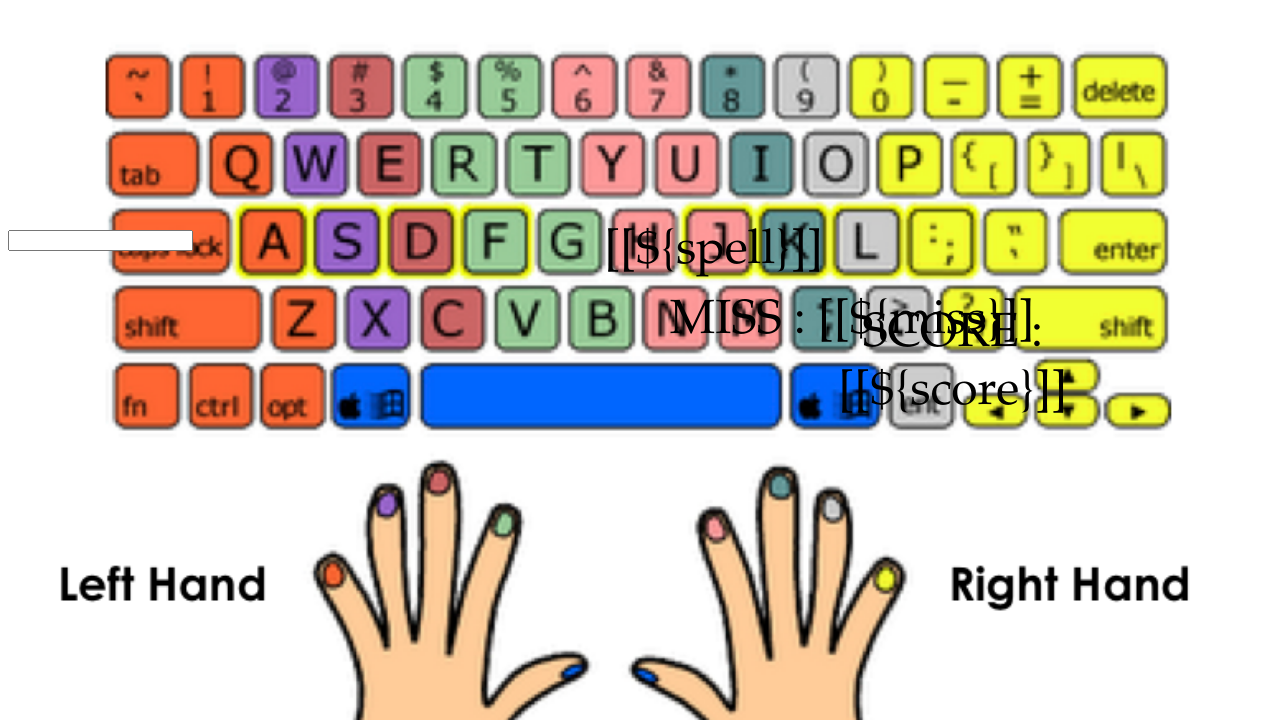
Repository: thaddeas01/typingskill
Page: src/main/resources/templates/single.html
These files come from the project's save history. The page is drawn as it stood at one moment and after the next save; the edit follows.
The browser window is 1280 px wide. The pictures show the whole page.

Above is the page before, as saved 2023-01-14 00:38:08.
Console error: SyntaxError: Unexpected token '{'

After the next save:
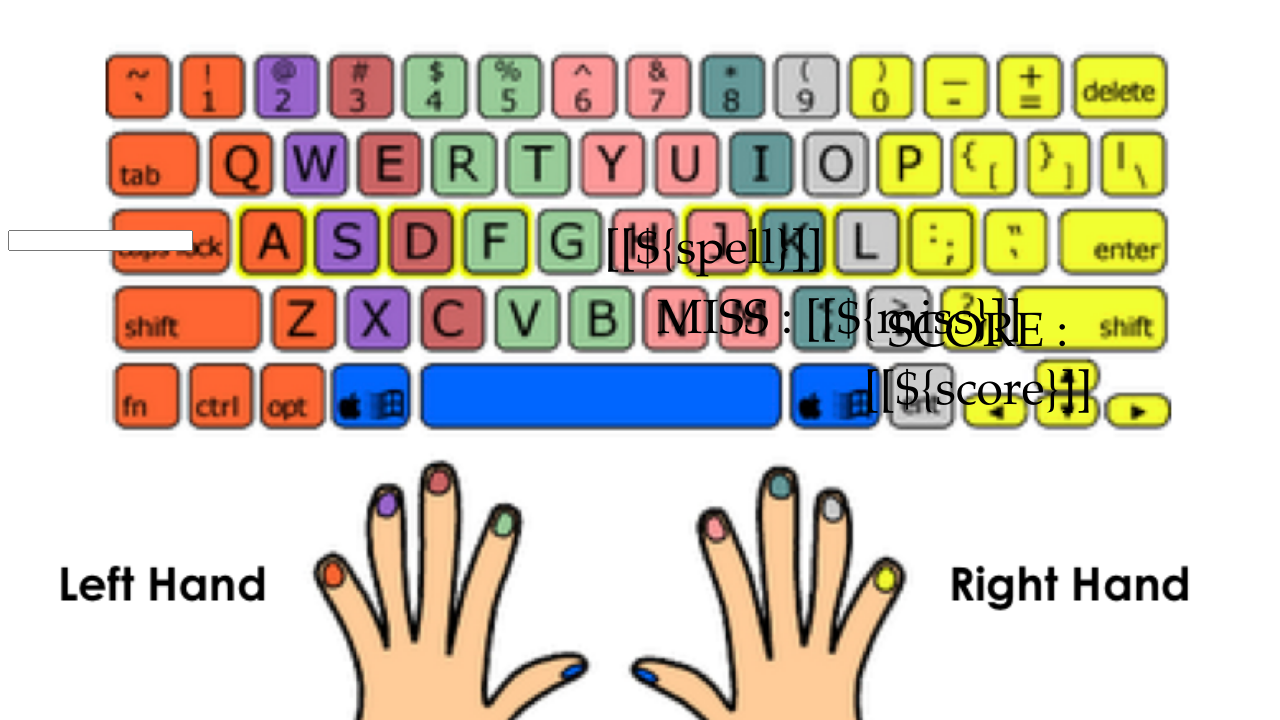
Saved 47 s later.
--- a/src/main/resources/templates/single.html
+++ b/src/main/resources/templates/single.html
@@ -40,7 +40,7 @@
       position: relative;
       text-align: center;
       top: 30%;
-      left: 19%;
+      left: 18%;
       display: inline-block;
       margin-top: 1rem;
     }
@@ -52,7 +52,7 @@
       position: relative;
       text-align: center;
       top: 40%;
-      left: -5%;
+      left: -3%;
       display: inline-block;
       margin-top: 1rem;
     }
